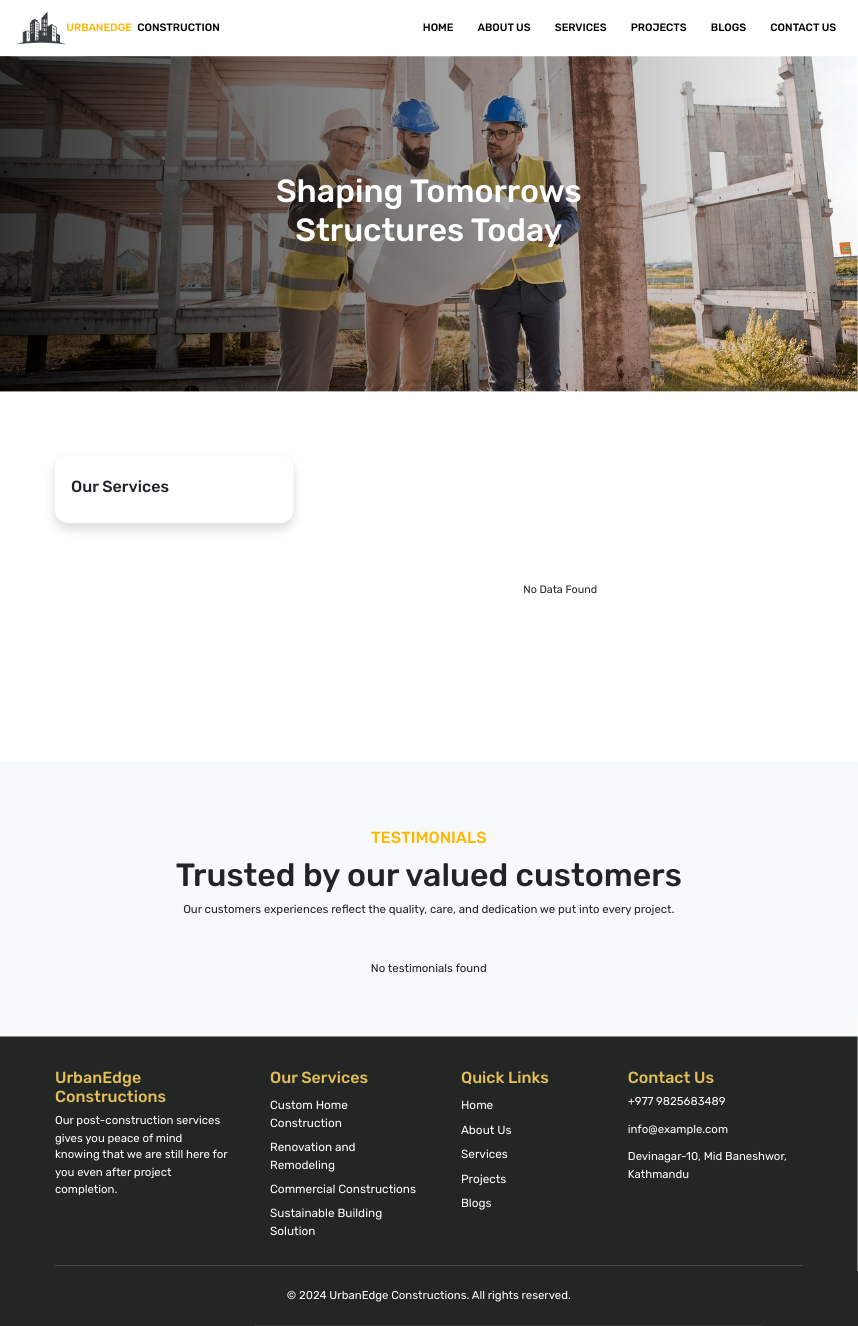
Repository: c-ron12/urbanedge-construction
Page: /service/17 (app in frontend/)
The author's editor kept a copy of each file at every save. The page is drawn from the files as they stood at one save, then again after the next save.
The browser window is 1280 px wide. The pictures show the whole page, at 67% of full size.
The page's requests for data from a server got no answer. The project was rebuilt for these pictures with package versions that can differ from the ones it lists, and the page was loaded fresh each time. No one was signed in, and anything a server would have sent is missing. Also part of the build but not shown: frontend/vite.config.js, frontend/src/components/common/About.jsx, frontend/src/components/common/ServiceCard.jsx, frontend/src/components/common/LatestServices.jsx, frontend/src/components/common/ProjectCard.jsx, frontend/src/components/common/LatestProjects.jsx, frontend/src/components/common/ArticleCard.jsx, frontend/src/components/common/LatestArticles.jsx and 29 more.

Above is the page before, as saved 2026-04-02 18:57:02.

### frontend/src/main.jsx
import { StrictMode } from 'react';
import { createRoot } from 'react-dom/client';
import App from './App.jsx';
import { AuthProvider } from './components/backend/context/Auth.jsx';   // Import AuthProvider to wrap the App component.

createRoot(document.getElementById('root')).render(
  <StrictMode>
    <AuthProvider>
      <App />
      {/*The App component is wrapped inside AuthProvider so that the authentication context is available throughout the entire app.
          Here, App acts as the child component of AuthProvider. */}
    </AuthProvider>
  </StrictMode>
);

### frontend/src/components/backend/context/Auth.jsx
import React from 'react';
export const AuthContext = React.createContext(null);

export const AuthProvider = ({ children }) => {    // Here <App /> component is passed as children from main.jsx
  const stored = localStorage.getItem('userInfo'); // user info is coming from login.jsx
  const [user, setUser] = React.useState(() => (stored ? JSON.parse(stored) : null));

  const login = (userData) => {
    localStorage.setItem('userInfo', JSON.stringify(userData)); // userData is coming from login.jsx
    setUser(userData);
  };

  const logout = () => {
    localStorage.removeItem('userInfo');
    setUser(null);
  };

  return (
    <AuthContext.Provider value={{ user, login, logout }}>
      {children}    {/* children is coming from main.jsx where <App /> component is passed as a child to AuthProvider */}
    </AuthContext.Provider>
  );
};

### frontend/src/components/frontend/ServiceDetail.jsx
import React from 'react';
import Header from '../common/Header';
import Footer from '../common/Footer';
import Banner from '../common/Banner';
import BannerImg from '../../assets/images/banner2.jpg';
import { apiUrl, fileUrl } from '../common/http';
import Testimonials from '../common/LatestTestimonials';
import SkeletonLoader from '../common/SkeletonLoader';
import { useParams, NavLink, useLocation } from 'react-router-dom';

const ServiceDetail = () => {
  const params = useParams();
  const location = useLocation(); // To check if user came from external page or from sidebar within service detail page.

  const [service, setService] = React.useState(null);
  const [loading, setLoading] = React.useState(true); // To show loading skeleton while fetching data from api.
  const [services, setServices] = React.useState([]);
  const sectionRef = React.useRef(null); // To scroll to top when user clicks on Read More Button of ServiceCard.

  const fetchServices = async () => {
    const res = await fetch(`${apiUrl}/get-services/`, {
      method: 'GET',
    });
    const result = await res.json();
    setServices(result.data);
  };

  // Api call to fetch single service
  const fetchService = async () => {
    setLoading(true); // start loading
    try {
      const res = await fetch(`${apiUrl}/get-service/${params.id}`);
      const result = await res.json();
      setService(result.data);
    } catch (error) {
      console.log(error);
    } finally {
      setLoading(false); // stop loading
    }
  };

  React.useEffect(() => {
    if (location.state?.from === 'external') {
      window.scrollTo(0, 0); // If user came from external page like Home page (LatestServices) or Service page then scroll to top, because they might be in middle of the page when they click on a service. But if they are clicking on service from sidebar of ServiceDetail page, we don't scroll to top because they are already on the service detail page.
    } else if (location.state?.from === 'footer') {
      sectionRef.current?.scrollIntoView(); // takes to class 'section-9'
    } else if (location.state?.from === 'sidebar') {
      sectionRef.current?.scrollIntoView(); // takes to class 'section-9'
    }

    fetchService();
    fetchServices();
  }, [params.id]); // // Added params.id as a dependency to refetch when the id changes, means when user clicks on another service from sidebar, it will fetch that service details.

  return (
    <>
      <Header />

      <main>
        <Banner
          heading={'Shaping Tomorrows <br /> Structures Today'}
          title={service?.title || ''}
          text={''}
          bgImage={BannerImg}
        />

        <section className="section-9 pt-lg-5 pt-4 pb-2" ref={sectionRef}>
          <div className="container py-5">
            <div className="row">
              {/* Sidebar */}
              <div className="col-md-4 mb-5 mb-md-0 ">
                <div className="card shadow border-0 sidebar-card">
                  <div className="card-body px-4 py-4">
                    <h3 className="mt-2 mb-3">Our Services</h3>
                    <ul
                      className="list-unstyled scrollable-list"
                      style={{ fontSize: '17px' }}
                    >
                      {services.map((service) => (
                        <li key={service.id}>
                          <NavLink
                            to={`/service/${service.id}`}
                            state={{ from: 'sidebar' }}
                            className="text-decoration-none link-item"
                          >
                            {service.title}
                          </NavLink>
                          <hr />
                        </li>
                      ))}
                    </ul>
                  </div>
                </div>
              </div>

              {/* Main Content */}
              <div className="col-md-8 ps-md-4 ps-3">
                <div className="position-relative">
                  {/* {/* only show loading skeleton while fetching data from api */}
                  {loading && (
                    <div
                      className="d-flex justify-content-center align-items-center"
                      style={{ minHeight: '400px' }}
                    >
                      <SkeletonLoader bars={3} width="8px" />
                    </div>
                  )}

                  {/* Loader Centered, only show content when not loading and service exists */}
                  {!loading && service && (
                    <>
                      {service.image && (
                        <img
                          src={`${fileUrl}/uploads/services/large/${service.image}`}
                          alt={service.title}
                          className="mb-4 w-100 shadow border-0"
                        />
                      )}

                      <h3 className="my-3">{service.title}</h3>

                      <div
                        className="content-description"
                        dangerouslySetInnerHTML={{ __html: service.content }}
                      />
                    </>
                  )}

                  {/*  No Data, only show empty state when not loading and no servies exist */}
                  {!loading && !service && (
                    <div
                      className="d-flex justify-content-center align-items-center"
                      style={{ minHeight: '400px' }}
                    >
                      No Data Found
                    </div>
                  )}
                </div>
              </div>
            </div>
          </div>
        </section>

        <section className="section-10">
          <div className="container-fluid bg-light">
            <div className="row">
              <div className="col-md-12">
                <Testimonials />
              </div>
            </div>
          </div>
        </section>
      </main>

      <Footer />
    </>
  );
};

export default ServiceDetail;

### frontend/src/components/common/ScrollToTopOnRouteChange.jsx
import React from 'react';
import { useLocation } from 'react-router-dom';

const ScrollToTopOnRouteChange = () => {
  const location = useLocation();

  React.useEffect(() => {
    const from = location.state?.from;

    // Don't scroll if coming from sidebar
    if (from === 'sidebar') return;

    // Scroll to top for normal navigation
    window.scrollTo(0, 0);
  }, [location.pathname]);

  return null;
};

export default ScrollToTopOnRouteChange;

### frontend/src/components/common/ScrollToTopButton.jsx
import React from 'react';

const ScrollToTopButton = () => {
  const [visible, setVisible] = React.useState(false); // Show button when user scrolls down

  React.useEffect(() => {
    const toggleVisibility = () => {
      if (window.scrollY > 300) {
        setVisible(true);
      } else {
        setVisible(false);
      }
    };

    window.addEventListener('scroll', toggleVisibility);

    return () => window.removeEventListener('scroll', toggleVisibility);
  }, []); // Scroll to top when clicked

  const scrollToTop = () => {
    window.scrollTo({
      top: 0,
      behavior: 'smooth', // smooth scroll
    });
  };

  return (
    <>

      {visible && (
        <button
          onClick={scrollToTop}
          style={{
            position: 'fixed',
            bottom: '30px',
            right: '30px',
            zIndex: 1000, // Changed: Use equal padding for a square base
            padding: '15px',
            borderRadius: '50%',
            border: 'none',
            backgroundColor: '#ffb703',
            cursor: 'pointer',
            boxShadow: '0 2px 8px rgba(0,0,0,0.3)', // Add: ensure perfect centering of the icon
            display: 'flex',
            alignItems: 'center',
            justifyContent: 'center',
          }}
        >
          <svg
            width="24"
            height="24"
            viewBox="0 0 24 24"
            fill="none"
            xmlns="http://www.w3.org/2000/svg"
          >
            <path
              d="M12 4L12 20M12 4L18 10M12 4L6 10"
              stroke="white"
              strokeWidth="2"
              strokeLinecap="round"
              strokeLinejoin="round"
            />
          </svg>

        </button>
      )}

    </>
  );
};

export default ScrollToTopButton;

### frontend/src/components/common/Header.jsx
import Nav from 'react-bootstrap/Nav';
import Navbar from 'react-bootstrap/Navbar';
// import { Link } from 'react-router-dom';   // Used NavLink instead of Link for active Nav Menu item styling.
import { NavLink } from 'react-router-dom';
import logo from '../../assets/images/logo.png';

const Header = () => {
  return (
    <header>
      <div className="container-fluid px-4 py-1">
        <Navbar expand="lg">
          <div style={{ display: 'flex', alignItems: 'center' }}>
            <Navbar.Brand
              as={NavLink}
              to="/"
              className="Logo"
              style={{ display: 'flex', alignItems: 'center' }}
            >
              <img src={logo} alt="UrbanEdge Logo" width="75" height="50" />
              <div>
                <span className="pe-2">UrbanEdge</span>Construction
              </div>
            </Navbar.Brand>
          </div>

          <Navbar.Toggle aria-controls="basic-navbar-nav" />
          <Navbar.Collapse id="basic-navbar-nav">
            <Nav className="ms-auto">

              <NavLink to="/" className="nav-link" end>
                Home
              </NavLink>
              <NavLink to="/about" className="nav-link">
                About Us
              </NavLink>
              <NavLink to="/services" className="nav-link">
                Services
              </NavLink>
              <NavLink to="/projects" className="nav-link">
                Projects
              </NavLink>
              <NavLink to="/blogs" className="nav-link">
                Blogs
              </NavLink>
              <NavLink to="/contact" className="nav-link">
                Contact Us
              </NavLink>
            </Nav>
          </Navbar.Collapse>
        </Navbar>
      </div>
    </header>
  );
};

export default Header;

### frontend/src/components/common/Footer.jsx
import { Link } from 'react-router-dom';

const Footer = () => {
  return (
    <footer>
      <div className="container pt-5 pb-3">
        <div className="row">
          {/* Column 1 */}
          <div className="col-md-3">
            <h3>
              UrbanEdge <br /> Constructions
            </h3>
            <p>
              Our post-construction services <br />
              gives you peace of mind knowing that we are still here for you
              even after project completion.
            </p>
          </div>

          {/* Column 2 - Services (ID BASED LINKS) */}
          <div className="col-md-3 mt-4 mt-md-0 ps-md-5">
            <h3>Our Services</h3>
            <ul className="list-unstyled">
              <li>
                {/* using state to Identify footer navigation ServiceDetail scrolls
                to the sidebar section instead of top */}
                <Link to="/service/20" state={{ from: 'footer' }}>
                  Custom Home Construction
                </Link>
              </li>
              <li>
                <Link to="/service/17" state={{ from: 'footer' }}>
                  Renovation and Remodeling
                </Link>
              </li>
              <li>
                <Link to="/service/18" state={{ from: 'footer' }}>
                  Commercial Constructions
                </Link>
              </li>
              <li>
                <Link to="/service/19" state={{ from: 'footer' }}>
                  Sustainable Building Solution
                </Link>
              </li>
            </ul>
          </div>

          {/* Column 3 */}
          <div className="col-md-3 mt-4 mt-md-0 ps-md-5">
            <h3>Quick Links</h3>
            <ul className="list-unstyled">
              <li>
                <Link to="/">Home</Link>
              </li>
              <li>
                <Link to="/about">About Us</Link>
              </li>
              <li>
                <Link to="/services">Services</Link>
              </li>
              <li>
                <Link to="/projects">Projects</Link>
              </li>
              <li>
                <Link to="/blogs">Blogs</Link>
              </li>
            </ul>
          </div>

          {/* Column 4 */}
          <div className="col-md-3 mt-4 mt-md-0">
            <h3>Contact Us</h3>
            <p>+977 9825683489</p>
            <p>info@example.com</p>
            <p>Devinagar-10, Mid Baneshwor, Kathmandu</p>
          </div>
        </div>

        <hr />

        <div className="text-center pt-3">
          <p>&copy; 2024 UrbanEdge Constructions. All rights reserved.</p>
        </div>
      </div>
    </footer>
  );
};

export default Footer;

### frontend/src/components/common/LatestTestimonials.jsx
import React from 'react';
import { apiUrl, fileUrl } from '../common/http';
import SkeletonLoader from '../common/SkeletonLoader';

// Import Swiper React components.
import { Swiper, SwiperSlide } from 'swiper/react';
import 'swiper/css';

// Import Swiper modules.
import { Pagination, Autoplay } from 'swiper/modules';
import 'swiper/css/pagination';

const LatestTestimonials = () => {
  const [testimonials, setTestimonials] = React.useState([]);
  const [loading, setLoading] = React.useState(true); // To show loading skeleton while fetching data from api.

  // API call to fetch latest 5 testimonials
  const fetchLatestTestimonials = async () => {
    try {
      const res = await fetch(`${apiUrl}/get-latest-testimonials?limit=5`);
      const result = await res.json();
      setTestimonials(result.data); // data is coming from backend api response latestTestimonials function of TestimonialsController.
    } catch (error) {
      console.log(error);
    } finally {
      setLoading(false); // always stop loading
    }
  };

  React.useEffect(() => {
    fetchLatestTestimonials();
  }, []);

  return (
    <section className="section-5 pt-5 pb-md-4">
      <div className="container pt-lg-5 pt-3 pb-5">
        <div className="section-header text-center">
          <span>Testimonials</span>
          <h2>Trusted by our valued customers</h2>
          <p>
            Our customers experiences reflect the quality, care, and dedication
            we put into every project.
          </p>
        </div>

        {/* only show loading skeleton while fetching data from api */}
        {loading && (
          <div className="container text-center py-5">
            <SkeletonLoader bars={3} width="8px" />
          </div>
        )}

        {/* Show testimonials when not loading and testimonials exist */}
        {!loading && testimonials.length > 0 && (
          <div className="pt-4">
            <Swiper
              modules={[Pagination, Autoplay]}
              spaceBetween={50}
              slidesPerView={3}
              pagination={{ clickable: true }}
              autoplay={{
                delay: 3000, // 3 seconds
                disableOnInteraction: false, // keep autoplay after interaction
              }}
              loop={testimonials.length > 3} // makes it continuous
              breakpoints={{
                0: { slidesPerView: 1 },
                768: { slidesPerView: 2 },
                992: { slidesPerView: 3 },
              }}
            >
              {testimonials.map((testimonial) => (
                <SwiperSlide key={testimonial.id}>
                  <div className="card shadow border-0">
                    <div className="card-body p-5">
                      <div className="rating">
                        {[...Array(5)].map((_, i) => (
                          <svg
                            key={i}
                            xmlns="http://www.w3.org/2000/svg"
                            width="20"
                            height="20"
                            fill="currentColor"
                            className="bi bi-star-fill"
                            viewBox="0 0 16 16"
                          >
                            <path d="M3.612 15.443c-.386.198-.824-.149-.746-.592l.83-4.73L.173 6.765c-.329-.314-.158-.888.283-.95l4.898-.696L7.538.792c.197-.39.73-.39.927 0l2.184 4.327 4.898.696c.441.062.612.636.282.95l-3.522 3.356.83 4.73c.078.443-.36.79-.746.592L8 13.187l-4.389 2.256z" />
                          </svg>
                        ))}
                      </div>

                      <div className="content pt-4 pb-2">
                        <p>{testimonial.testimonial}</p>
                      </div>

                      <hr />

                      <div className="d-flex meta">
                        {testimonial.image && (
                          <img
                            src={`${fileUrl}/uploads/testimonials/small/${testimonial.image}`}
                            alt={testimonial.citation}
                            className="rounded-circle"
                            width="60"
                            height="60"
                          />
                        )}
                        <div className="name ps-3 pt-2">
                          {testimonial.citation} <br />
                          <div>
                            <span className="lead">
                              {testimonial.designation}
                            </span>
                          </div>
                        </div>
                      </div>
                    </div>
                  </div>
                </SwiperSlide>
              ))}
            </Swiper>
          </div>
        )}

        {/* only show when not loading and no testimonials exist */}
        {!loading && testimonials.length === 0 && (
          <p className="text-center pt-5">No testimonials found</p>
        )}
      </div>
    </section>
  );
};

export default LatestTestimonials;

### frontend/src/components/common/SkeletonLoader.jsx
const SkeletonLoader = ({
  bars = 3,
  height = '30px',
  width = '10px',
  gap = '10px',
}) => {
  return (
    <div
      className="d-flex justify-content-center align-items-center py-5"
      style={{ gap }}
    >
      {Array.from({ length: bars }).map((_, index) => (
        <div
          key={index}
          className="skeleton shimmer"
          style={{ width, height }}
        ></div>
      ))}
    </div>
  );
};

export default SkeletonLoader;

### frontend/src/components/common/Banner.jsx
import DefaultBanner from '../../assets/images/construction12121.jpg'; // default banner image.

const Banner = ({ heading, title, text, bgImage }) => {
  //  Use the passed bgImage OR fallback to the default one.
  const backgroundImage = bgImage || DefaultBanner;

  const bannerStyle = {
    background: `linear-gradient(to right, #000c, #0000), url(${backgroundImage})`,
    backgroundSize: 'cover',
    backgroundPosition: 'center',
    backgroundRepeat: 'no-repeat',
  };

  return (
    <section className="section-7">
      {/* Apply style */}
      <div className="banner d-flex align-items-center" style={bannerStyle}>
        <div className="container-fluid">
          <div className="text-center">
            <h2 dangerouslySetInnerHTML={{ __html: heading }}></h2>
            <br />
            {title && <h3 dangerouslySetInnerHTML={{ __html: title }}></h3>}
            <p dangerouslySetInnerHTML={{ __html: text }}></p>
          </div>
        </div>
      </div>
    </section>
  );
};

export default Banner;

### frontend/src/components/common/http.jsx
export const apiUrl = 'http://localhost:8000/api';
export const fileUrl = 'http://localhost:8000';    // for accessing images and files.
export const token = () => {
    const userInfo = localStorage.getItem('userInfo');  // userInfo is coming from login.jsx where we have stored user info in local storage after login.
    if (userInfo) {
        const data = JSON.parse(userInfo);
        return data.token;
    }

    return null;
}

Loaded but not shown: frontend/index.html (common file); frontend/src/assets/css/style.scss (668 lines, source omitted); frontend/src/App.jsx (214 lines, source omitted)

After the next save:
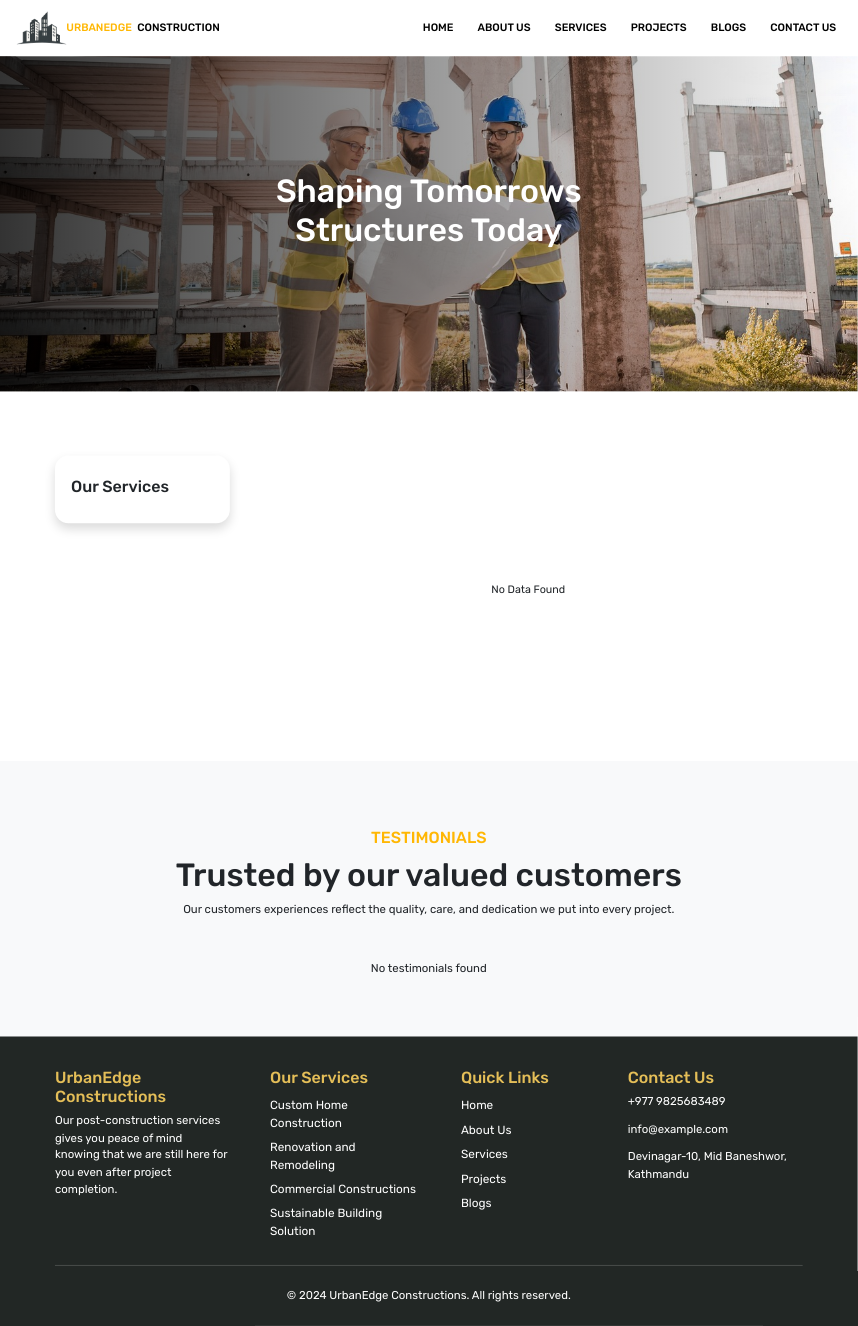
Saved 25 s later.
--- a/frontend/src/components/frontend/ServiceDetail.jsx
+++ b/frontend/src/components/frontend/ServiceDetail.jsx
@@ -68,7 +68,7 @@ const ServiceDetail = () => {
           <div className="container py-5">
             <div className="row">
               {/* Sidebar */}
-              <div className="col-md-4 mb-5 mb-md-0 ">
+              <div className="col-md-3 mb-5 mb-md-0 ">
                 <div className="card shadow border-0 sidebar-card">
                   <div className="card-body px-4 py-4">
                     <h3 className="mt-2 mb-3">Our Services</h3>
@@ -94,7 +94,7 @@ const ServiceDetail = () => {
               </div>
 
               {/* Main Content */}
-              <div className="col-md-8 ps-md-4 ps-3">
+              <div className="col-md-9 ps-md-4 ps-3">
                 <div className="position-relative">
                   {/* {/* only show loading skeleton while fetching data from api */}
                   {loading && (
